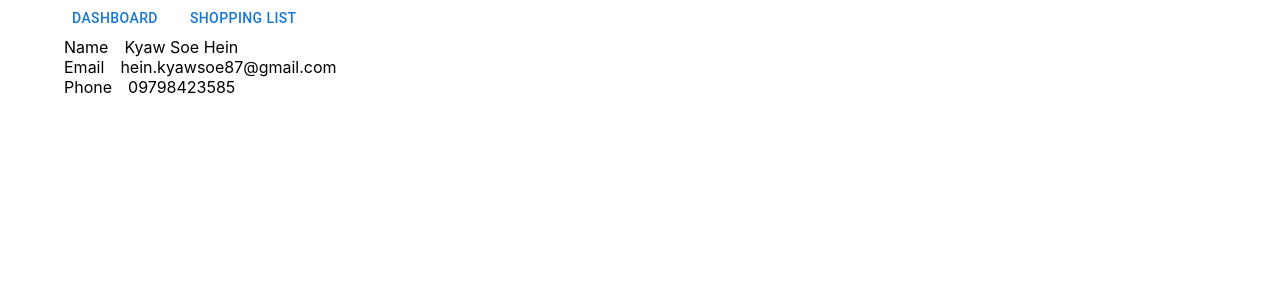
Repository: KyawSoeHein/GoogleAuthReact
Page: /
The author's editor kept a copy of each file at every save. The page is drawn from the files as they stood at one save, then again after the next save.
The browser window is 1280 px wide. The pictures show the whole page.
The project was rebuilt for these pictures with package versions that can differ from the ones it lists, and the page was loaded fresh each time. Also part of the build but not shown: src/App.css.

Above is the page before, as saved 2022-02-14 19:08:34.

After the next save:
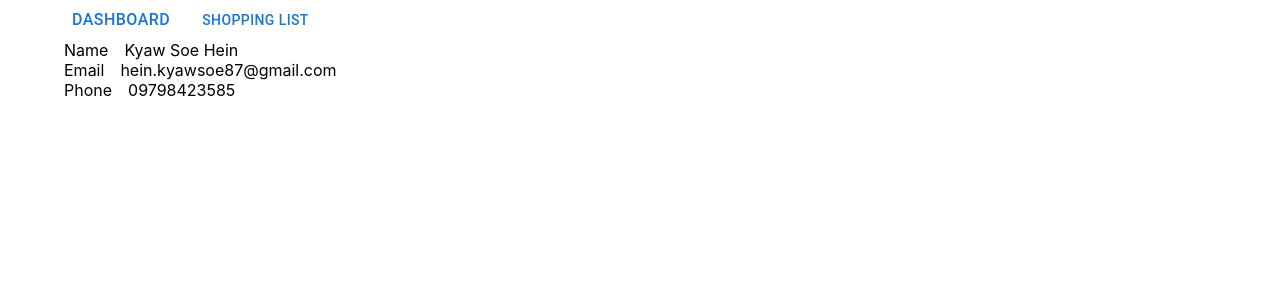
Saved 27 s later.
--- a/src/Components/MenuSelection.tsx
+++ b/src/Components/MenuSelection.tsx
@@ -5,7 +5,7 @@ import "../App.css";
 const MenuSelection = () => {
   return (
     <Stack direction={"row"} spacing={2}>
-      <Button>Dashboard</Button>
+      <Button sx={{ fontSize: 16 }}>Dashboard</Button>
       <Button>Shopping List</Button>
     </Stack>
   );
